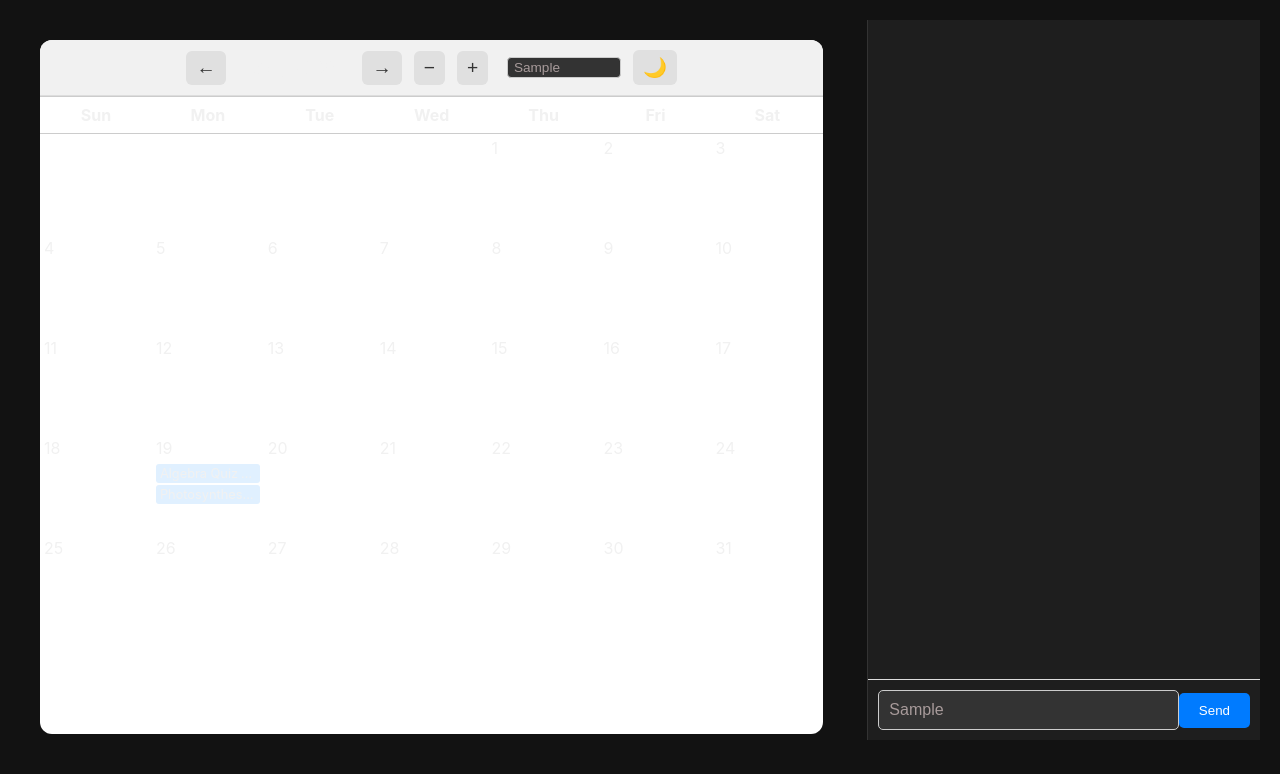
Repository: saifg123/Peer
Page: app.html
The author's editor kept a copy of each file at every save. The page is drawn from the files as they stood at one save, then again after the next save.
The browser window is 1280 px wide. The pictures show the whole page.
Empty fields were first filled with sample values (such as "Sample", 5 or name@example.com).
After loading, the first visible `#toggle-dark-mode` was clicked once.

Above is the page before, as saved 2025-05-20 17:00:57.

### app.html
<!DOCTYPE html>
<html lang="en">
<head>
  <meta charset="UTF-8">
  <meta name="viewport" content="width=device-width, initial-scale=1.0">
  <title>Peer Calendar</title>
  <link rel="stylesheet" href="stylesapp.css" >
</head>
<body>
  <div class="app-container">
    <!-- Calendar Panel -->
    <div class="calendar-app">
      <div id="calendar-controls">
        <!-- your existing controls -->
        <button type="button" id="prev">&larr;</button>
        <div id="view-label">Month</div>
        <button type="button" id="next">&rarr;</button>
        <button type="button" id="zoom-out">−</button>
        <button type="button" id="zoom-in">+</button>
        <input id="event-search" placeholder="Search…">
        <button type="button" id="toggle-dark-mode">🌙</button>

      </div>
<div id="calendar-view"></div>
<!-- The calendar grid and its cells will be generated dynamically in the #calendar div below -->
<div id="calendar"></div>
    </div>
<div id="event-modal" class="hidden">
  <div id="event-modal-content">
    <div id="event-modal-header">
      <span id="event-modal-date"></span>
      <button type="button" id="event-modal-close">&times;</button>
    </div>
    <textarea id="event-modal-text" placeholder="Add a note..."></textarea>
    <button type="button" id="event-modal-save">Save</button>
  </div>
</div>


    <!-- Chat Panel (unchanged) -->
    <div class="chatbox">
      <div id="chat-messages" class="chat-messages"></div>
      <div class="chat-input-area">
        <input type="text" id="chat-input" placeholder="Type a message…" />
        <button type="button" id="chat-send">Send</button>
        <style>
          .app-container {
            display: flex;
            flex-direction: row;
            align-items: flex-start;
          }
          .calendar-app {
            flex: 2;
            min-width: 0;
          }
          .chatbox {
            flex: 1;
            min-width: 300px;
            max-width: 400px;
            margin-left: 24px;
            background: #fafafa;
            border-left: 1px solid #e0e0e0;
            height: 100vh;
            display: flex;
            flex-direction: column;
            position: sticky;
            top: 0;
          }
          .chat-messages {
            flex: 1;
            overflow-y: auto;
            padding: 16px;
            display: flex;
            flex-direction: column;
            gap: 10px;
          }
          .chat-message {
            max-width: 70%;
            padding: 10px 14px;
            border-radius: 16px;
            margin-bottom: 4px;
            word-break: break-word;
            display: inline-block;
            clear: both;
          }
          .chat-message.sent {
            align-self: flex-end;
            background: #007bff;
            color: #fff;
            border-bottom-right-radius: 4px;
            border-bottom-left-radius: 16px;
          }
          .chat-message.received {
            align-self: flex-start;
            background: #e4e6eb;
            color: #222;
            border-bottom-left-radius: 4px;
            border-bottom-right-radius: 16px;
          }
          .chat-input-area {
            display: flex;
            justify-content: space-between;
            align-items: center;
            padding: 10px;
            background-color: #f1f1f1;
          }
          #chat-input {
            width: 80%;
            padding: 10px;
            border-radius: 5px;
            border: 1px solid #ccc;
          }
          #chat-send {
            padding: 10px 20px;
            background-color: #007bff;
            color: white;
            border: none;
            border-radius: 5px;
            cursor: pointer;
          }
          #chat-send:hover {
            background-color: #0056b3;
          }
          body.dark-mode {
  background-color: #121212;
  color: #f1f1f1;
}

body.dark-mode .chatbox {
  background-color: #1e1e1e;
  border-left: 1px solid #333;
}

body.dark-mode .chat-message.sent {
  background-color: #4a90e2;
}

body.dark-mode .chat-message.received {
  background-color: #2a2a2a;
}

body.dark-mode .chat-input-area {
  background-color: #1e1e1e;
}

body.dark-mode input,
body.dark-mode textarea {
  background-color: #333;
  color: #a89b9b;
  border: 1px solid #555;
}
        </style>
      </div>
    </div>
  </div>
  <script src="script.js"></script>
</body>
</html>

### stylesapp.css
/* Base */
body {
  margin: 0;
  font-family: -apple-system, BlinkMacSystemFont, sans-serif;
  background: #f9f9f9;
  color: #333;
}
.calendar-app {
  max-width: 900px;
  margin: 20px 0 20px 20px;
  /* ✨ Rounded outer container */
  border-radius: 12px;
  background: #fff;           /* ensure bgcolor behind rounded edges */
  overflow: hidden;
}

/* Controls */
#calendar-controls {
  display: flex;
  align-items: center;
  justify-content: center;
  gap: 12px;
  padding: 10px;
  background: #f1f1f1;
  border-bottom: 1px solid #ddd;
}
#calendar-controls button {
  font-size: 1.2em;
  padding: 6px 10px;
  background: #e0e0e0;
  color: #333;
  border: none;
  border-radius: 6px;
  cursor: pointer;
}
#calendar-controls button:hover {
  background: #d0d0d0;
}
#view-label {
  font-size: 1.2em;
  font-weight: 600;
  margin: 0 10px;
}

/* Transition wrapper */
.calendar-view {
  opacity: 1;
  transform: scale(1);
  transition: opacity 0.3s, transform 0.3s;
}
.calendar-view.transitioning {
  opacity: 0;
  transform: scale(0.98);
}

/* ========== DAY VIEW ========== */
.day-grid {
  display: grid;
  grid-template-rows: repeat(24, 40px);
  border-left: 1px solid #ccc;
  position: relative;
}
.day-cell {
  border-top: 1px solid #eee;
  padding-left: 50px;
  position: relative;
  display: flex;
  flex-direction: column;
  justify-content: flex-start;
  overflow-y: auto;
  padding: 2px;
  transition: background 0.2s;
}


.day-cell span {
  position: absolute;
  left: 0;
  top: 0;
  font-size: 12px;
  color: #888;
}

/* ========== WEEK VIEW ========== */
.week-grid {
  display: flex;
  flex-direction: column;
}
.week-labels {
  display: grid;
  grid-template-columns: repeat(7, 1fr);
  background: #fafafa;
  border-bottom: 1px solid #ccc;
}
.week-label {
  text-align: center;
  padding: 8px 0;
  font-weight: bold;
}
.week-row {
  display: grid;
  grid-template-columns: repeat(7, 1fr);
  height: 45px; /* Or whatever height you want for each day */
}

.week-cell {
  border: 1px solid #eee;
  position: relative;
  padding: 2px;
  display: flex;
  flex-direction: column;
  align-items: flex-start;
  overflow-y: auto;
  transition: background 0.2s;
}



/* ========== MONTH VIEW ========== */
.month-grid {
  display: grid;
  grid-template-columns: repeat(7, 1fr);
  border-top: 1px solid #ccc;
}
.month-labels {
  display: contents;
}
.month-label {
  text-align: center;
  font-weight: bold;
  padding: 8px 0;
  border-bottom: 1px solid #ccc;
}
.month-row {
  display: contents;
}
.month-cell {
  height: 100px; /* or whatever height you want */
  overflow: hidden;
  display: flex;
  flex-direction: column;
  padding: 4px;
  box-sizing: border-box;
}

.month-cell .event-item {
  align-self: flex-start; /* assignment goes under the date */
}

.month-cell.empty {
  background: #f9f9f9;
  color: #ccc;
}



/* ========== MULTI‐MONTH (Quarter/Semester/Year) ========== */
.multi-month-grid {
  display: grid;
  grid-template-columns: repeat(auto-fit, minmax(220px,1fr));
  gap: 20px;
  padding: 20px;
}
.month-tile {
  background: #fff;
  border: 1px solid #ddd;
  border-radius: 10px;
  padding: 10px;
  position: relative;
  box-shadow: 0 1px 3px rgba(0,0,0,0.1);
}
.month-title {
  text-align: center;
  font-weight: 600;
  margin-bottom: 8px;
}
.month-weekdays {
  display: grid;
  grid-template-columns: repeat(7,1fr);
  font-size: 0.8em;
  font-weight: bold;
  text-align: center;
  color: #555;
  margin-bottom: 4px;
}
.month-days {
  display: grid;
  grid-template-columns: repeat(7,1fr);
  text-align: center;
}
.day {
  padding: 4px 0;
  font-size: 0.85em;
  /* ✨ Rounded mini‐cells + hover */
  border-radius: 4px;
  transition: background 0.2s;
}
.empty { visibility: hidden; }
.day:hover {
  background: #e6f7ff;
}
.day.highlight {
  background-color: #ffeb3b;
  font-weight: bold;
  border: 2px solid #f57c00;
  border-radius: 4px;
}
/* === Flex container for calendar + chat === */
.app-container {
  display: flex;
  gap: 20px;
  padding: 20px;
}



.chat-messages {
  flex: 1;
  padding: 10px;
  overflow-y: auto;
}

.chat-message {
  margin-bottom: 8px;
  padding: 6px 10px;
  border-radius: 8px;
  max-width: 80%;
}

.chat-message.user {
  background: #e0f7fa;
  align-self: flex-end;
}

.chat-message.bot {
  background: #f1f1f1;
  align-self: flex-start;
}

.chat-input-area {
  display: flex;
  border-top: 1px solid #ddd;
}

#chat-input {
  flex: 1;
  border: none;
  padding: 10px;
  font-size: 1em;
  outline: none;
}

#chat-send {
  border: none;
  background: #007aff;
  color: white;
  padding: 0 20px;
  cursor: pointer;
}
#chat-send:hover {
  background: #005ec2;
}
#event-search {
  margin-left: 0.5em;
  padding: 2px 6px;
  font-size: 0.85em;
  border: 1px solid #ccc;
  border-radius: 4px;
  width: 100px;
}
#event-modal {
  position: fixed;
  top: 0; left: 0;
  width: 100vw; height: 100vh;
  background: rgba(0, 0, 0, 0.4);
  display: flex;
  align-items: center;
  justify-content: center;
  z-index: 999;
}

#event-modal.hidden {
  display: none;
}

#event-modal-content {
  background: white;
  padding: 1em;
  border-radius: 6px;
  width: 300px;
  box-shadow: 0 2px 10px rgba(0,0,0,0.2);
  display: flex;
  flex-direction: column;
}

#event-modal-header {
  display: flex;
  justify-content: space-between;
  align-items: center;
  margin-bottom: 0.5em;
}

#event-modal-header span {
  font-weight: bold;
}

#event-modal-close {
  background: none;
  border: none;
  font-size: 1.2em;
  cursor: pointer;
}

#event-modal-text {
  width: 180px;
  height: 40px;
  font-size: 0.9em;
  resize: none;
  margin-bottom: 0.5em;
  padding: 4px;
}

/* Align the Add Note button to the right of the day header */
.day-header {
  display: flex;
  justify-content: space-between;
  align-items: center;
}
#open-note-day {
  font-size: 0.9em;
  padding: 4px 8px;
  border: none;
  background: #007aff;
  color: white;
  border-radius: 4px;
  cursor: pointer;
}
#open-note-day:hover {
  background: #005ec2;
}


/* Style the note banner under the header */
.note-banner {
  background: #fffae6;
  color: #333;
  padding: 4px 8px;
  margin: 4px 0;
  border: 1px solid #ffd54f;
  border-radius: 4px;
  cursor: grab;
  user-select: none;
}

/* When dragging */
.note-banner:active {
  opacity: 0.6;
}

/* Allow dropping into hour slots */
.day-cell {
  position: relative;
}
.day-cell.drag-over {
  background: #e0ffe0;
}
/* Force the modal textarea to be small */
#event-modal-text {
  width: 180px !important;
  height: 40px !important;
  min-height: 0 !important;
  resize: none !important;
  font-size: 0.9em;
  padding: 4px;
  box-sizing: border-box;
}
/* Day-view cells */
.day-cell {
  /* your existing rules… */
  transition: background 0.2s;
}
.day-cell:hover {
  background: #e6f7ff;
}

/* Week-view cells */
.week-cell {
  /* your existing rules… */
  transition: background 0.2s;
}
.week-cell:hover {
  background: #e6f7ff;
}

/* Month-view cells */
.month-cell {
  /* your existing rules… */
  transition: background 0.2s;
}
.month-cell:hover {
  background: #e6f7ff;
}
.note-banner {
  background: #e8f0fe;
  border-left: 4px solid #4285f4;
  padding: 4px 6px;
  margin: 4px 0;
  font-size: 0.85em;
  border-radius: 4px;
}
.event-item {
  font-size: 0.8em;
  background: #e0f0ff;
  margin: 2px 0;
  padding: 2px 4px;
  border-radius: 3px;
  white-space: nowrap;
  overflow: hidden;
  text-overflow: ellipsis;
}

.month-events {
  flex: 1;
  overflow-y: auto;
  margin-top: 4px;
}


.month-cell {
  display: flex;
  flex-direction: column;
  padding: 4px;
  box-sizing: border-box;
}
.note-banner {
  background: #fffdc4;
  border-left: 4px solid #f0c000;
  padding: 4px 8px;
  margin-top: 4px;
  font-size: 0.9em;
  border-radius: 4px;
}
.smooth-dragging {
  position: absolute;
  z-index: 10000;
  pointer-events: none;
  background: #ffe478;
  padding: 10px 14px;
  border-radius: 8px;
  box-shadow: 0 6px 16px rgba(0, 0, 0, 0.3);
  transform: rotate(-2deg) scale(1.05);
  animation: wobble-float 0.5s infinite ease-in-out;
}

@keyframes wobble-float {
  0%   { transform: rotate(-2deg) translateY(0); }
  50%  { transform: rotate(-3deg) translateY(-3px); }
  100% { transform: rotate(-2deg) translateY(0); }
}

.note-banner.drop-bounce {
  animation: drop-bounce 0.3s ease-out;
}

@keyframes drop-bounce {
  0%   { transform: scale(1.1) translateY(-4px); }
  100% { transform: scale(1) translateY(0); }
}

.day-cell.dragover {
  outline: 2px dashed #007bff;
  background: rgba(0,123,255,0.1);
}

Loaded but not shown: script.js (600 lines, source omitted)

After the next save:
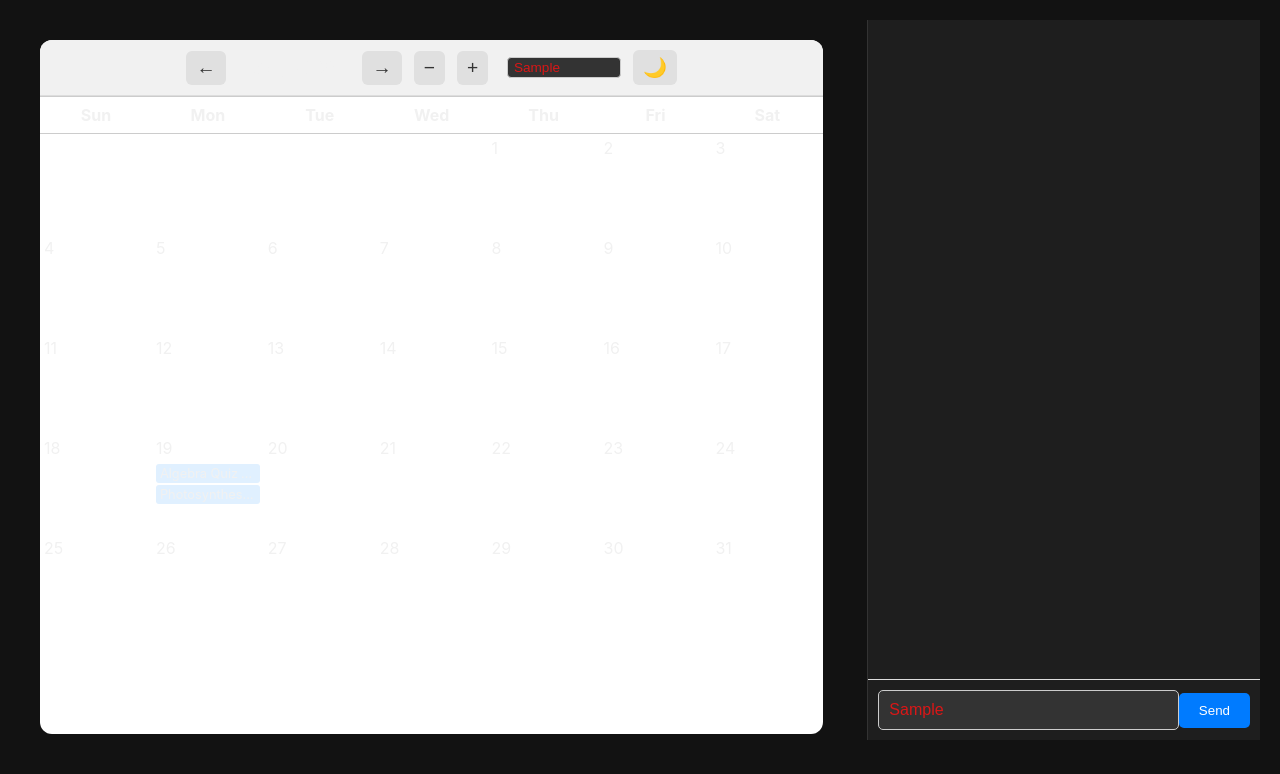
Saved 15 s later.
--- a/app.html
+++ b/app.html
@@ -146,7 +146,7 @@
 body.dark-mode input,
 body.dark-mode textarea {
   background-color: #333;
-  color: #a89b9b;
+  color: #da1717;
   border: 1px solid #555;
 }
         </style>
